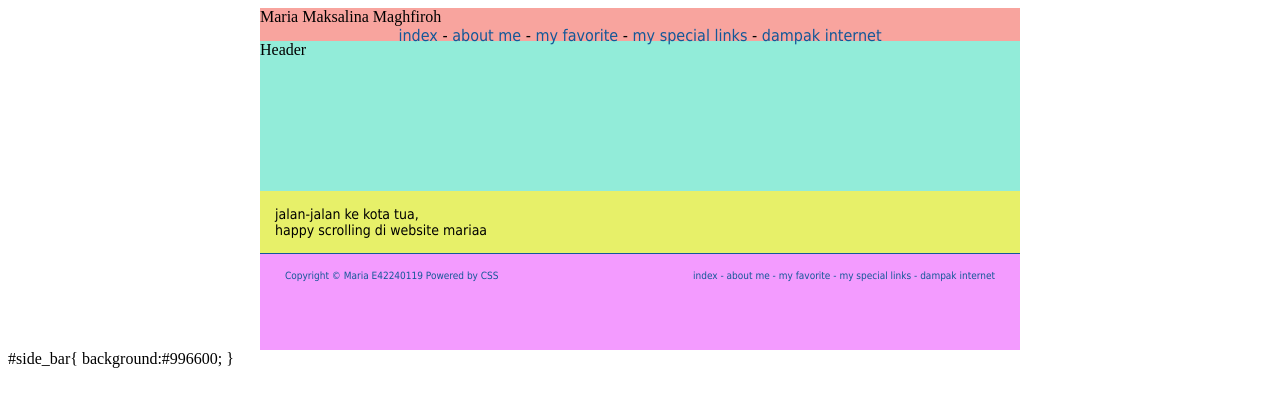
Repository: Bearli-py/latihan_bisdig
Page: index.html
These files come from the project's save history. The page is drawn as it stood at one moment and after the next save; the edit follows.
The browser window is 1280 px wide. The pictures show the whole page.

Above is the page before, as saved 2025-09-09 16:11:23.

After the next save:
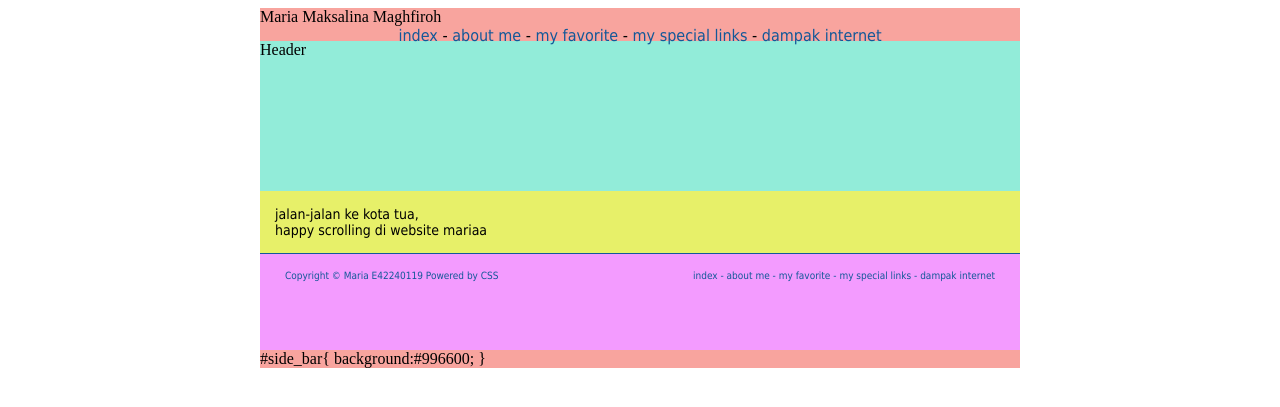
Saved 17 s later.
--- a/index.html
+++ b/index.html
@@ -29,10 +29,10 @@
             internet</a>
             </div>
             Copyright &copy; Maria E42240119 Powered by CSS</div>
-    </div>
-#side_bar{
+            #side_bar{
 background:#996600;
 }
+    </div>
 
 </body>
 </html>
